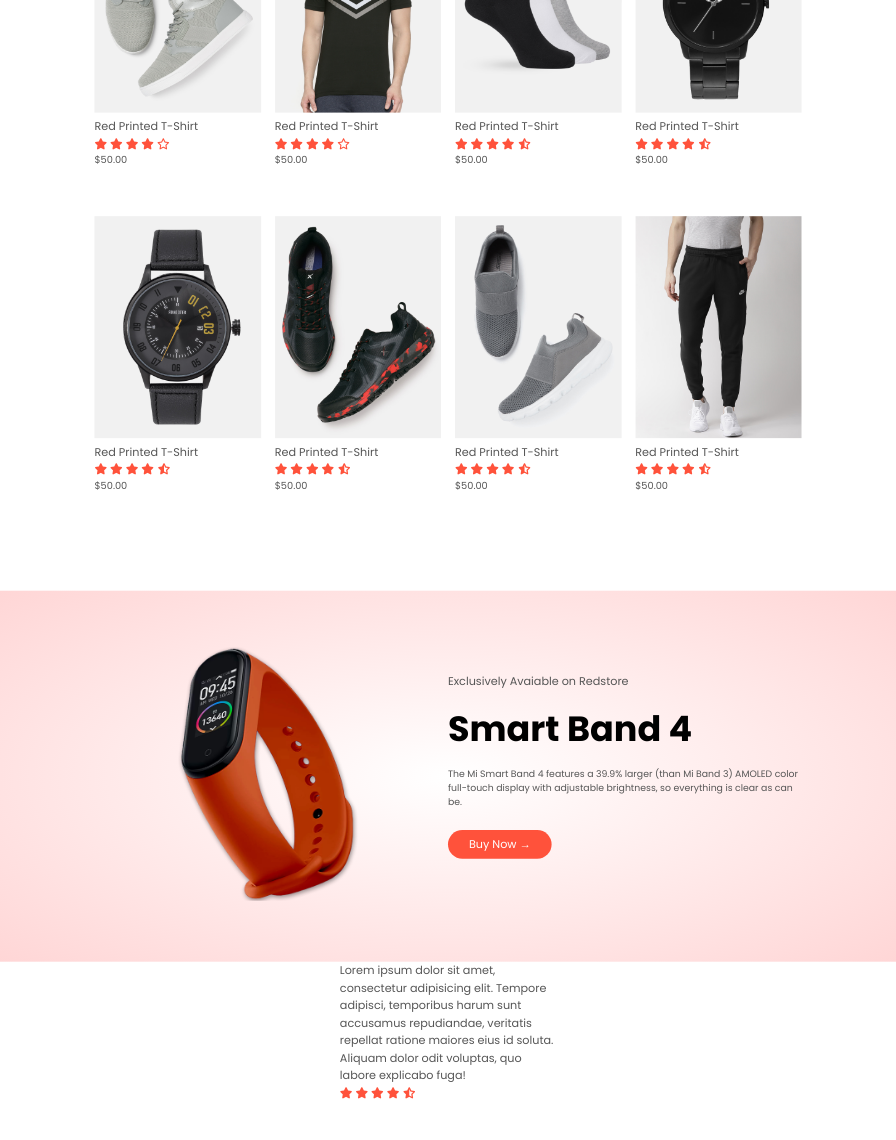
Repository: datvu1608/redsportstore
Page: index.html
These files come from the project's save history. The page is drawn as it stood at one moment and after the next save; the edit follows.
The browser window is 1280 px wide. The pictures show the part of the page from y = 2217 to 4137 px (the page is 3846 px tall before and 4137 px after), at 70% of full size.

Above is the page before, as saved 2023-11-23 14:52:13.

After the next save:
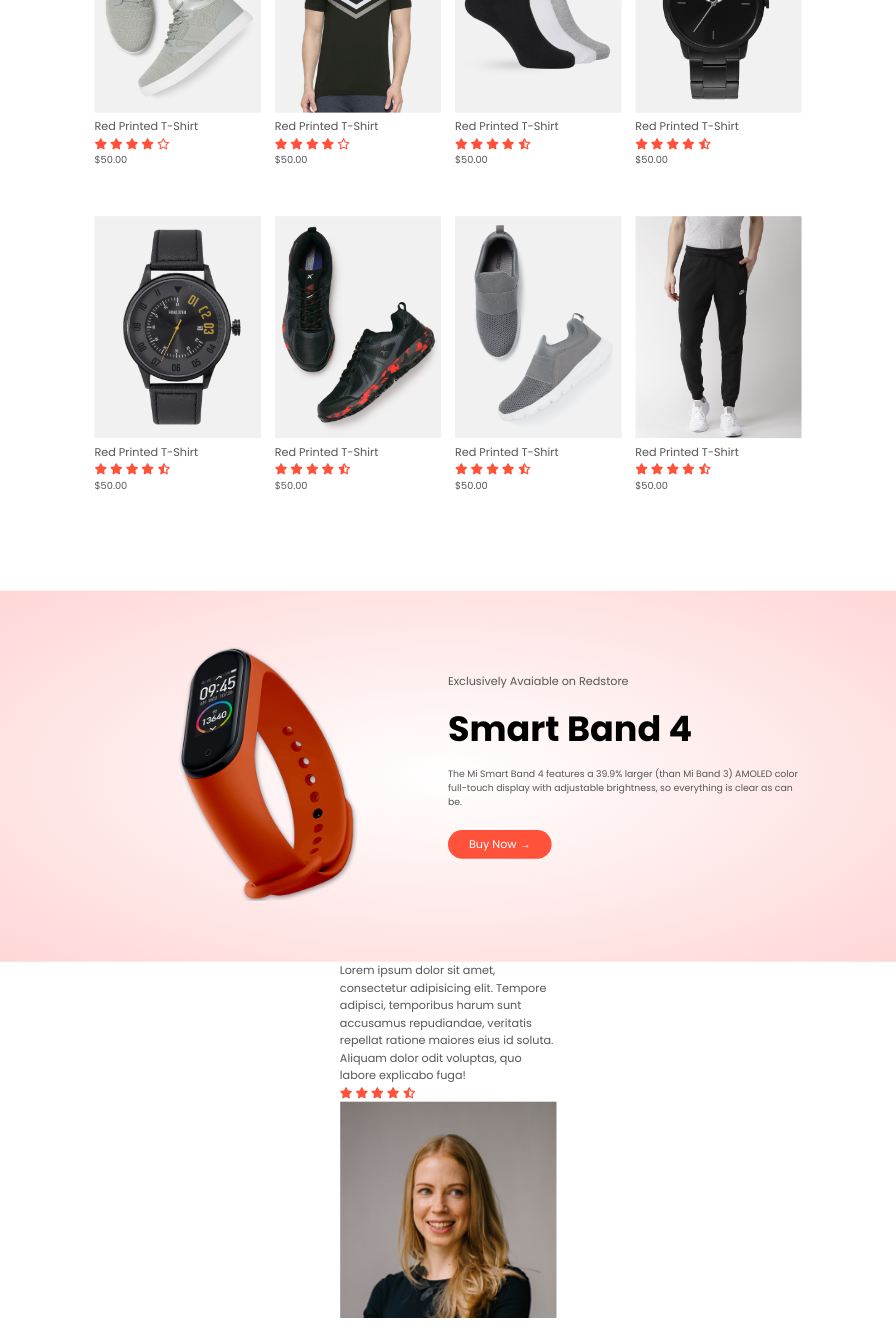
Saved 98 s later.
--- a/index.html
+++ b/index.html
@@ -269,7 +269,7 @@
               <i class="fa-solid fa-star"></i>
               <i class="fa-solid fa-star-half-stroke"></i>
             </div>
-            <img src="" alt="" />
+            <img src="./images/user-1.png" alt="" />
           </div>
         </div>
       </div>
